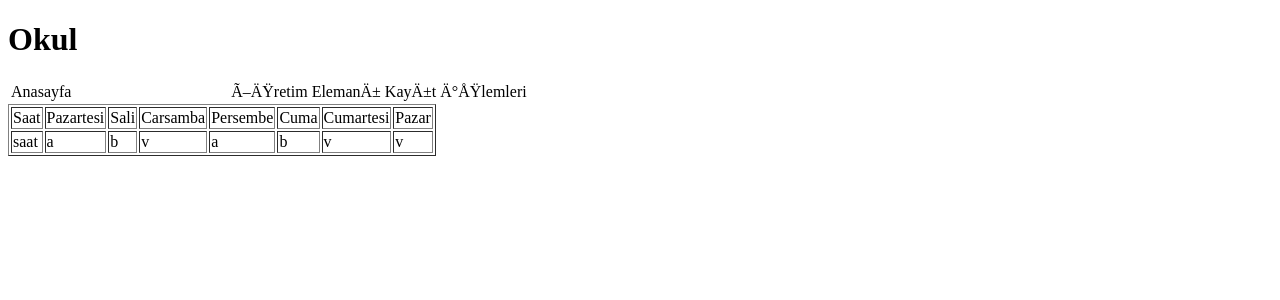
Repository: Egemen-ve-Burakhan-internet-final/final
Page: http://localhost/ogretim/
An editor plug-in stored every save of this project. The page is shown before and after the next save, followed by the edit.
The browser window is 1280 px wide. The pictures show the whole page.
The page is served by Tomcat 9. Other server files are loaded and not shown.

Above is the page before, as saved 2020-05-25 13:53:29.

### okul/ogretim/WebContent/index.jsp
<%@ page language="java" contentType="text/html; charset=ISO-8859-1"
    pageEncoding="ISO-8859-1"%>
<!DOCTYPE html>
<html>
<head>
<meta charset="ISO-8859-1">
<title>Insert title here</title>
</head>
<body>
	<div>
		<div>
			<h1 style="align:center">Okul</h1>
		</div>

		<div>
			<table width="100%">
				<tr>
					<td><a>Anasayfa</a></td>
					<td><a>Öğretim Elemanı Kayıt İşlemleri</a></td>
				</tr>
			</table>
		</div>

		<div>
			<table border = 1px>
				<tr>
					<td>Saat</td>
					<td>Pazartesi</td>
					<td>Sali</td>
					<td>Carsamba</td>
					<td>Persembe</td>
					<td>Cuma</td>
					<td>Cumartesi</td>
					<td>Pazar</td>
				</tr>
				<tr>
					<td>saat</td>
					<td>a</td>
					<td>b</td>
					<td>v</td>
					<td>a</td>
					<td>b</td>
					<td>v</td>
					<td>v</td>
				</tr>
			</table>
		</div>

	</div>
</body>
</html>

After the next save:
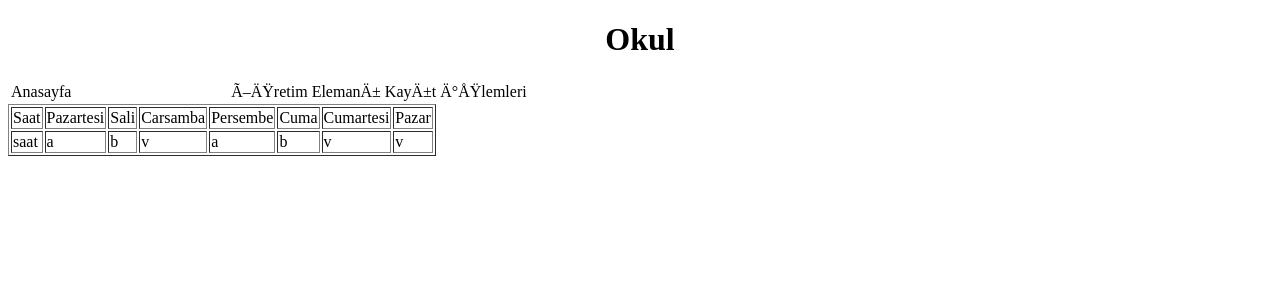
Saved 8 s later.
--- a/okul/ogretim/WebContent/index.jsp
+++ b/okul/ogretim/WebContent/index.jsp
@@ -9,7 +9,7 @@
 <body>
 	<div>
 		<div>
-			<h1 style="align:center">Okul</h1>
+			<h1 style="text-align:center">Okul</h1>
 		</div>
 
 		<div>
